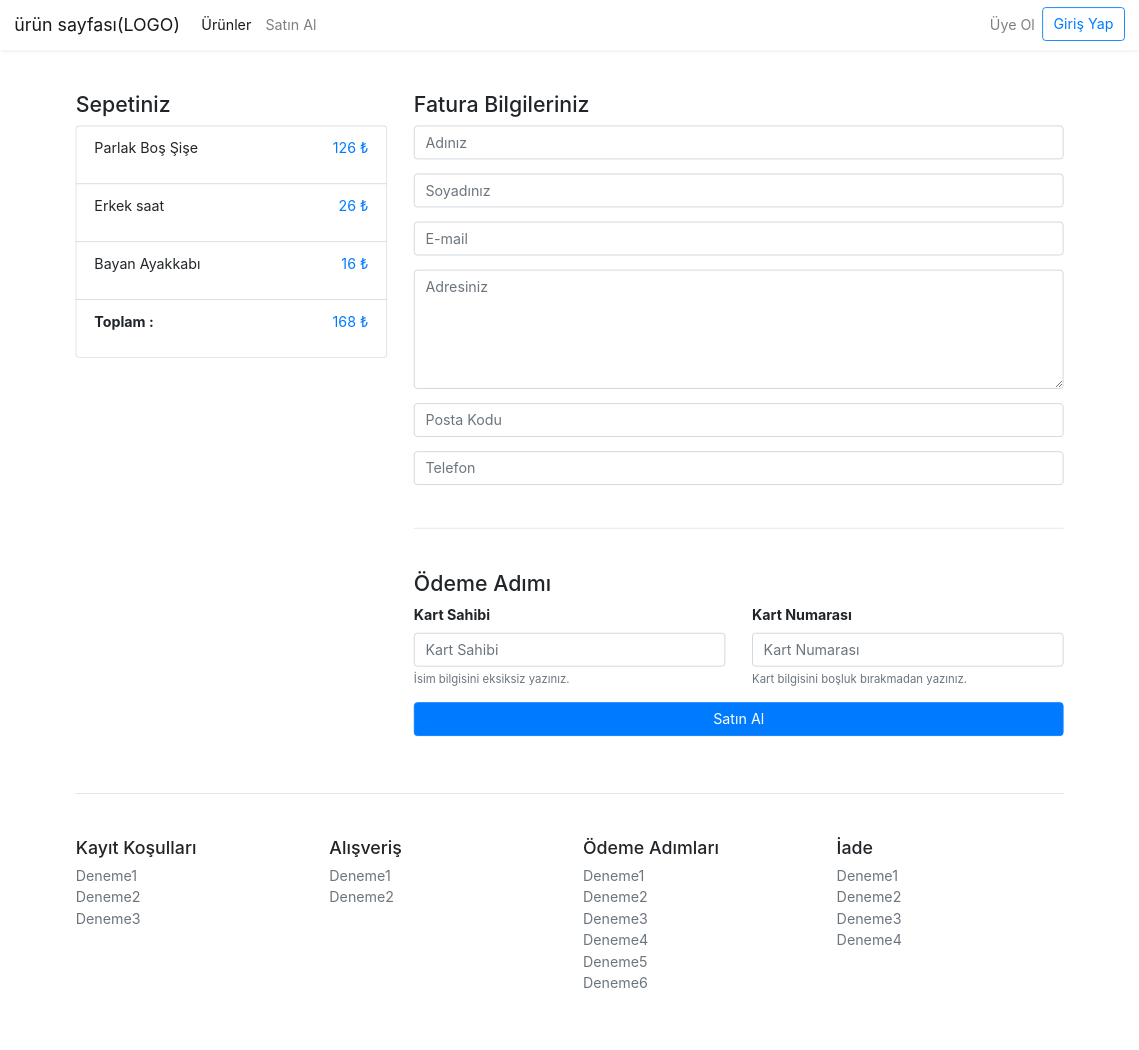
Repository: NergisAktug/E-Commerce-PythonWithFlask-Sqlite3
Page: templates/ödeme.html
These files come from the project's save history. The page is drawn as it stood at one moment and after the next save; the edit follows.
The browser window is 1280 px wide. The pictures show the whole page, at 89% of full size.

Above is the page before, as saved 2018-11-24 01:03:49.

After the next save:
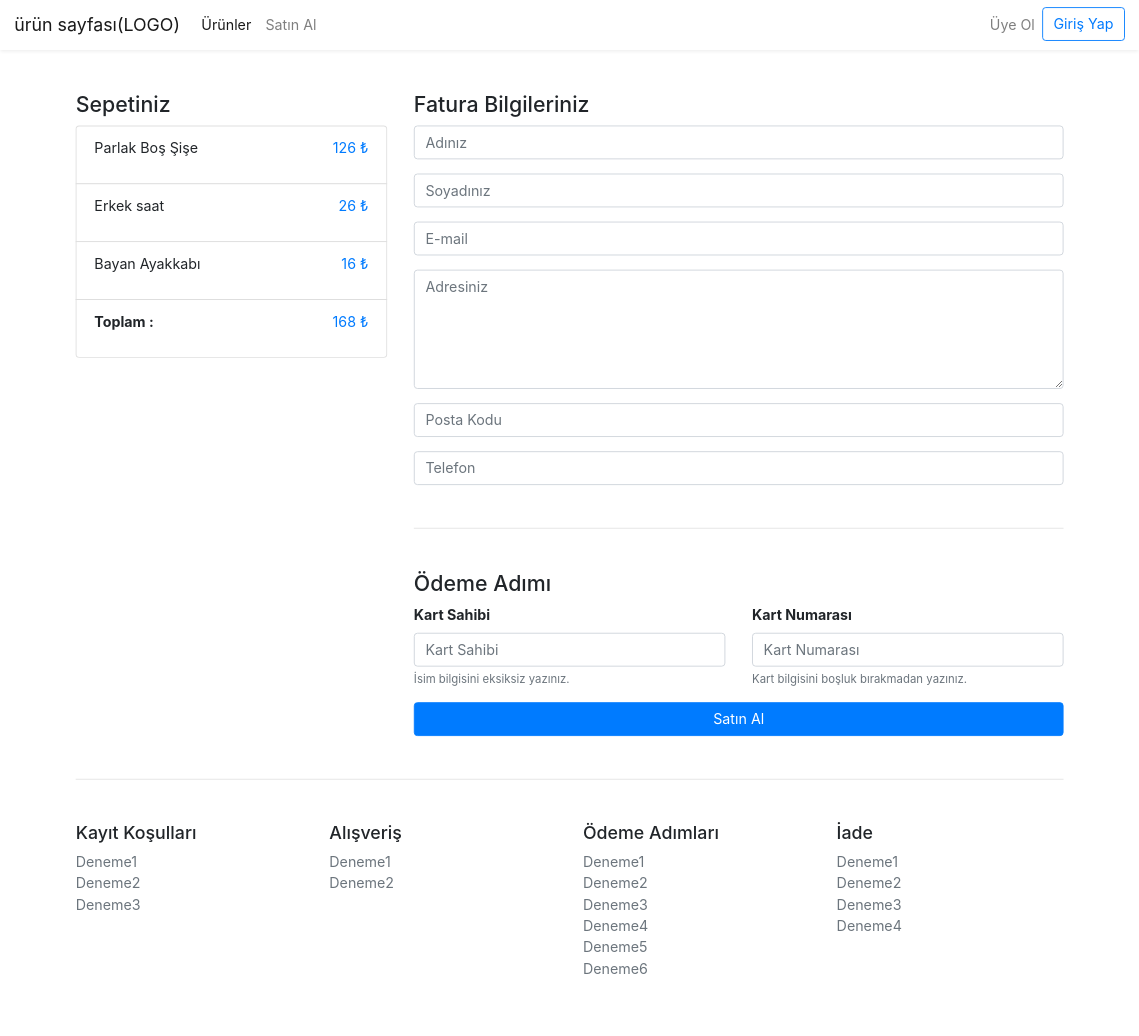
Saved 53 s later.
--- a/templates/ödeme.html
+++ b/templates/ödeme.html
@@ -102,9 +102,9 @@
                   </div>
                     </div>
                    </div>
-                   <div class="form-group">
+
                         <button type="submit" class="btn btn-primary btn-block" required>Satın Al</button>
-                     </div>
+
                </form>
         </div>
 
